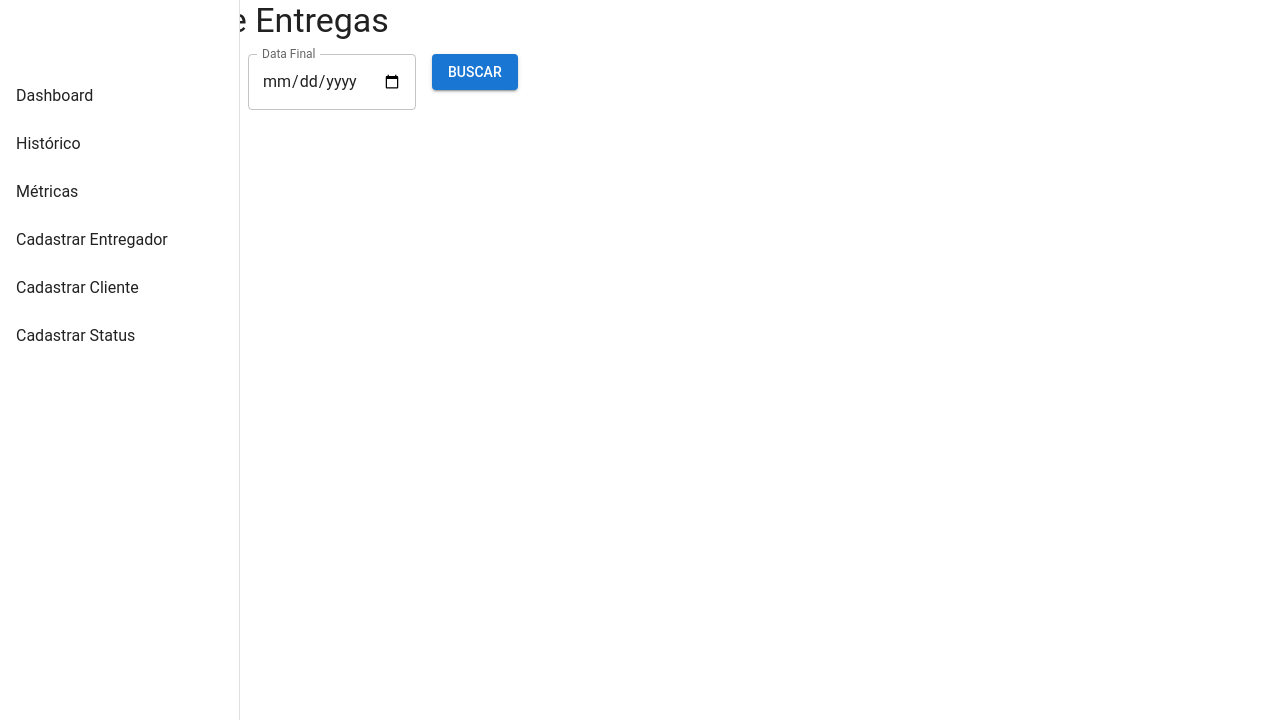
Repository: feliperanon/mobilegestao
Page: /history (app in frontend/)
These files come from the project's save history. The page is drawn as it stood at one moment and after the next save; the edit follows.
The browser window is 1280 px wide. The pictures show the whole page.
The page's requests for data from a server got no answer. The project was rebuilt for these pictures with package versions that can differ from the ones it lists, and the page was loaded fresh each time. No one was signed in, and anything a server would have sent is missing. Also part of the build but not shown: frontend/webpack.config.js, frontend/src/pages/Home.js, frontend/src/pages/Analysis.js, frontend/src/components/Dashboard.js, frontend/src/components/Login.js, frontend/src/components/Register.js, frontend/src/components/AddEntregador.js, frontend/src/components/AddCliente.js and 2 more.

Above is the page before, as saved 2024-07-20 20:04:52.

After the next save:
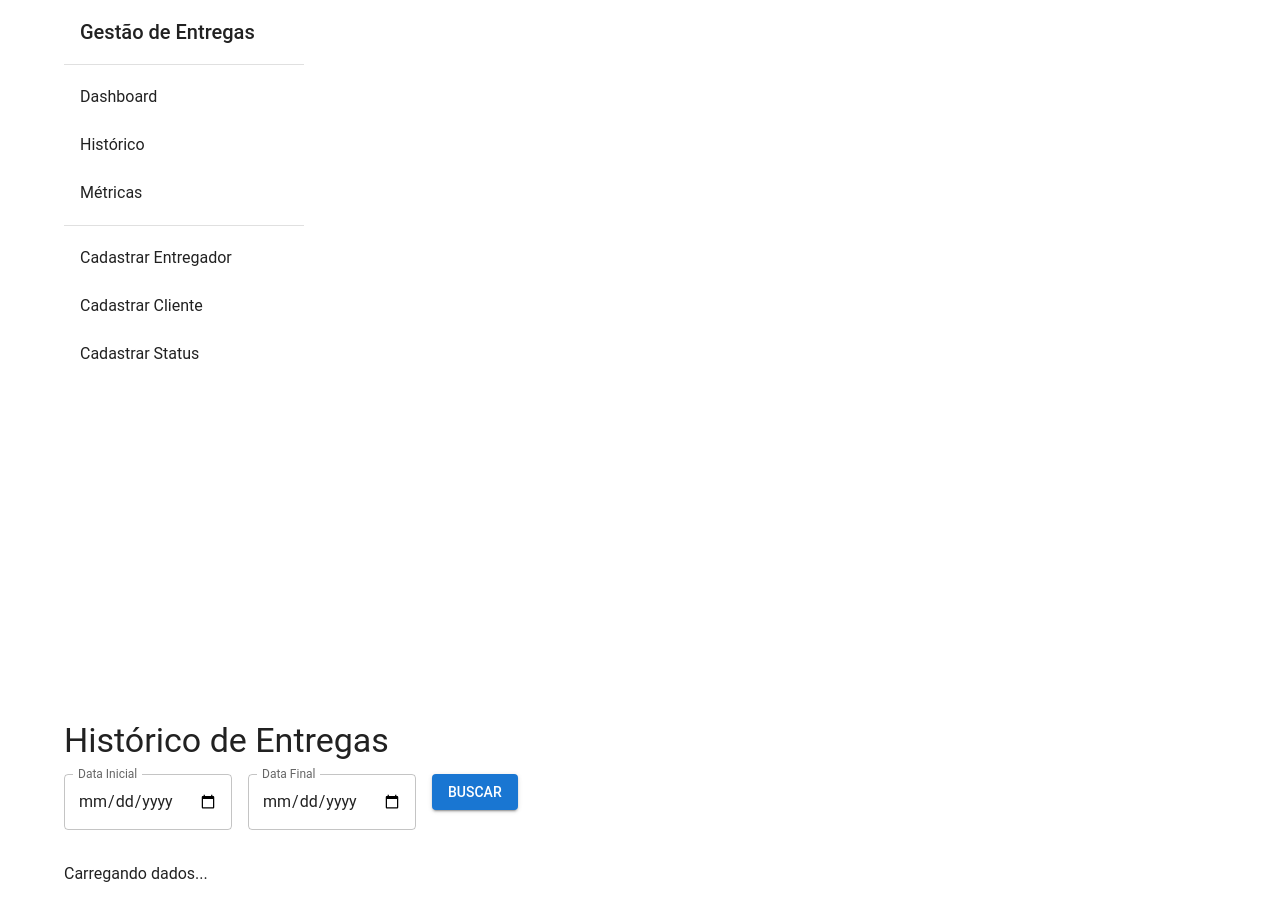
Saved 104 s later.
--- a/frontend/src/components/Navigation.js
+++ b/frontend/src/components/Navigation.js
@@ -1,19 +1,24 @@
 import React from 'react';
 import { Link } from 'react-router-dom';
-import { Box, Typography, Button, Drawer, Toolbar, List, ListItem, ListItemText } from '@mui/material';
+import { Box, Typography, Button, List, ListItem, ListItemText, Divider } from '@mui/material';
 
 const Navigation = () => {
   return (
-    <Drawer
-      variant="permanent"
+    <Box
       sx={{
         width: 240,
-        flexShrink: 0,
-        [`& .MuiDrawer-paper`]: { width: 240, boxSizing: 'border-box' },
+        bgcolor: 'background.paper',
+        height: '100vh',
+        display: 'flex',
+        flexDirection: 'column',
+        justifyContent: 'space-between',
       }}
     >
-      <Toolbar />
-      <Box sx={{ overflow: 'auto' }}>
+      <Box>
+        <Typography variant="h6" sx={{ m: 2 }}>
+          Gestão de Entregas
+        </Typography>
+        <Divider />
         <List>
           <ListItem button component={Link} to="/dashboard">
             <ListItemText primary="Dashboard" />
@@ -24,6 +29,9 @@ const Navigation = () => {
           <ListItem button component={Link} to="/metrics">
             <ListItemText primary="Métricas" />
           </ListItem>
+        </List>
+        <Divider />
+        <List>
           <ListItem button component={Link} to="/add-entregador">
             <ListItemText primary="Cadastrar Entregador" />
           </ListItem>
@@ -35,7 +43,7 @@ const Navigation = () => {
           </ListItem>
         </List>
       </Box>
-    </Drawer>
+    </Box>
   );
 };
 
